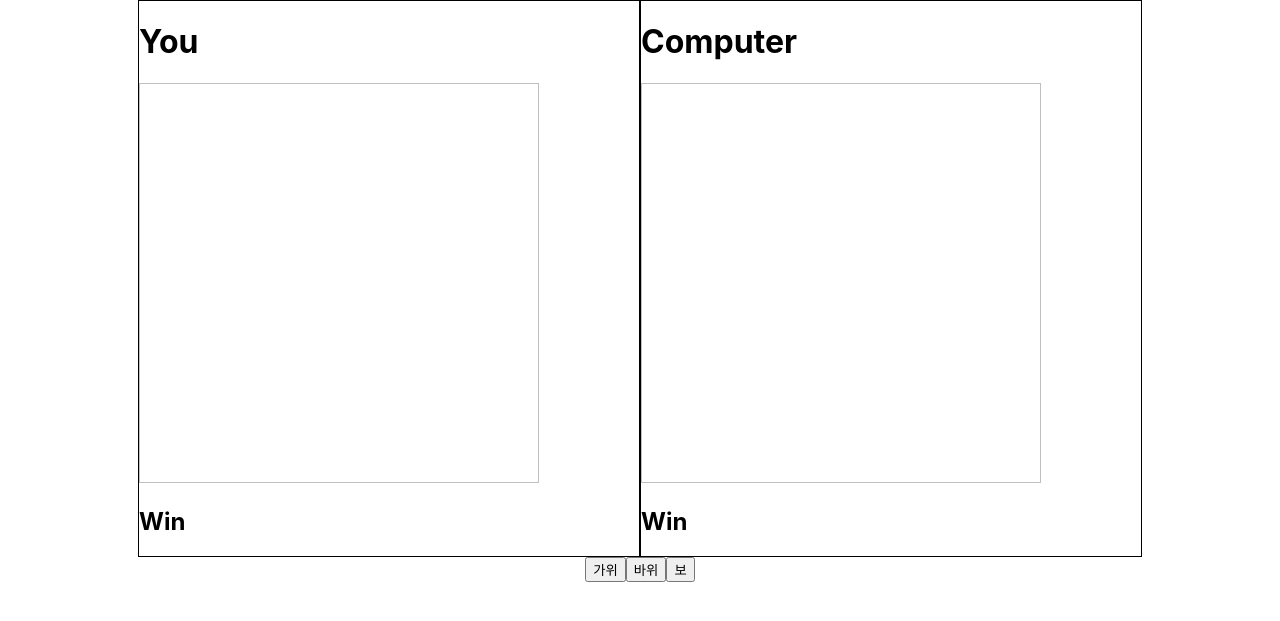
Repository: gihee0826/RockScissorPapper
Page: /
An editor plug-in stored every save of this project. The page is shown before and after the next save, followed by the edit.
The browser window is 1280 px wide. The pictures show the whole page.
The project was rebuilt for these pictures with package versions that can differ from the ones it lists, and the page was loaded fresh each time.

Above is the page before, as saved 2022-06-23 01:46:53.

### src/App.js
import { useState } from 'react';
import './App.css';
import Box from "./component/Box"

// 1. 박스 2개 (타이틀, 사진, 결과값)
// 2. 가위 바위 보 버튼
// 3. 버튼을 클릭하면 클릭한 값이 박스에 보임
// 4. 컴퓨터는 랜덤하게 선택이 됨
// 5. 3번 4번 의 결과를 가지고 누가 이겼는지 승패를 따진다.
// 6. 승패결과에 따라 테두리 색이 바뀜 (win - 블루, lose - 레드, same - 블랙)
const choice = {
  rock: {
    name: "Rock",
    img: "https://images.vexels.com/media/users/3/145831/isolated/preview/53a0234955caf282d12d7de3ca8fd084-rubble-rock-illustration.png"
  },
  scissor: {
    name: "Scissor",
    img: "https://static.vecteezy.com/system/resources/previews/003/240/783/original/scissor-illustration-in-flat-design-vector.jpg"
  },
  papper: {
    name: "Papper",
    img: "https://thumbs.dreamstime.com/b/lined-letter-paper-511157.jpg"
  }
}
function App() {
  const [userSelect, setUserSelect] = useState(null)
  const [computerSelect, setComputerSelect] = useState(null)
  const [result,setResult] = useState(null)
  const play = (userChoice) => {
    setUserSelect(choice[userChoice])
    let computerChoice = randomChoice()
    setComputerSelect(computerChoice);
  };

  const randomChoice = () => {
    let itemArray = Object.keys(choice); //객페에 키값만 뽑아서 배열로 만들어 주는 함수
    console.log("itemArray", itemArray)
    let randomItem = Math.floor(Math.random() * itemArray.length);
    let final = itemArray[randomItem];
    return choice[final];
  }
  return (
    <div>
      <div className='main'>
        <Box title='You' item={userSelect} />
        <Box title='Computer' item={computerSelect} />
      </div>
      <div className='main'>
        <button onClick={() => play('scissor')}>가위</button>
        <button onClick={() => play('rock')}>바위</button>
        <button onClick={() => play('papper')}>보</button>
      </div>
    </div>
  );
}

export default App;

### src/App.css
.box{
  border: 1px solid black;
  width: 500px;
}

.item-img{
  width: 400px;
  height: 400px;
  justify-content: center;
}

.main{
  display: flex;
  justify-content: center;
}

### src/component/Box.js
import React from 'react'

const Box = (props) => {
    console.log("props", props)
    return (
        <div className="box">
            <h1>{props.title}</h1>
            <img className="item-img" src={props.item && props.item.img} />
            <h2>Win</h2>
        </div>
    )
}

export default Box

Loaded but not shown: public/index.html (common file); src/index.js (common file); src/index.css (common file); src/reportWebVitals.js (common file)

After the next save:
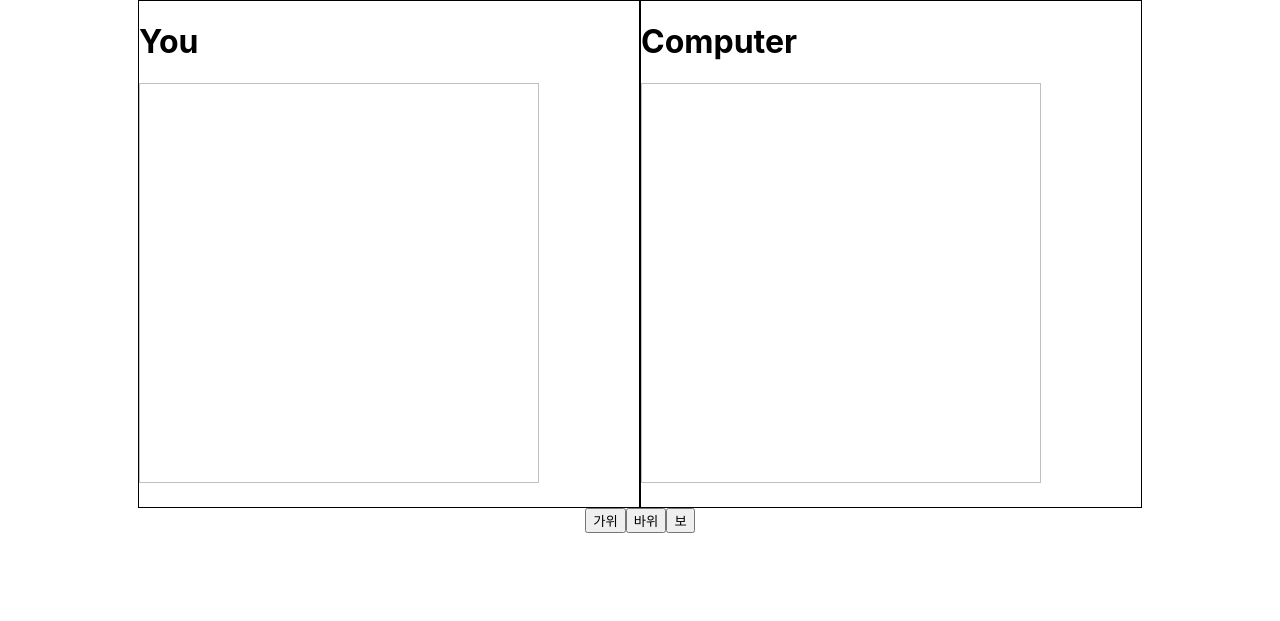
Saved 68 s later.
--- a/src/component/Box.js
+++ b/src/component/Box.js
@@ -6,7 +6,7 @@ const Box = (props) => {
         <div className="box">
             <h1>{props.title}</h1>
             <img className="item-img" src={props.item && props.item.img} />
-            <h2>Win</h2>
+            <h2>{props.result}</h2>
         </div>
     )
 }
